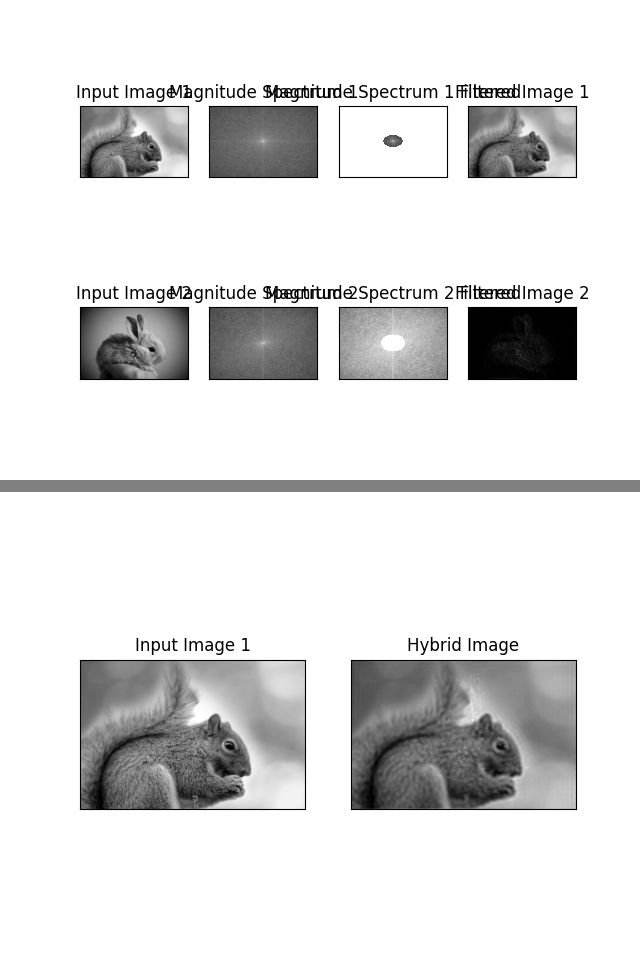
Repository: Yuer-yuan/CV
Script's output: python lab1-hybrid-image/gui/fft.py
These files come from the project's save history. The script's output is drawn as it stood at one moment and after the next save; the edit follows.
Each picture stacks the figures in order, with grey between them; figures that are only written to a file come last. Random numbers start from a fixed seed. It also reads lab1-hybrid-image/gui/res/bunny1.png, lab1-hybrid-image/gui/res/squirrel1.png.

Above is the script's output before, as saved 2023-03-25 19:25:18.

After the next save:
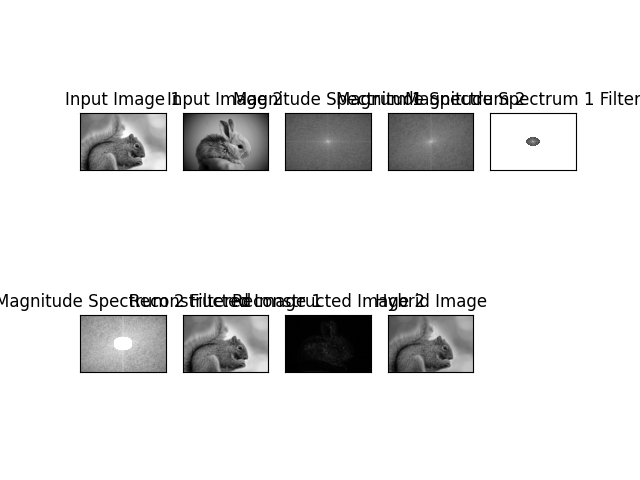
Saved 2 min 51 s later.
--- a/lab1-hybrid-image/gui/fft.py
+++ b/lab1-hybrid-image/gui/fft.py
@@ -79,26 +79,22 @@ if __name__ == '__main__':
     hybrid = np.abs(ifft1) + np.abs(ifft2)
 
     # Plot the results.
-    plt.subplot(241),plt.imshow(img1, cmap = 'gray')
+    plt.subplot(251), plt.imshow(img1, cmap='gray')
     plt.title('Input Image 1'), plt.xticks([]), plt.yticks([])
-    plt.subplot(242),plt.imshow(magnitude_spectrum1, cmap = 'gray')
+    plt.subplot(252), plt.imshow(img2, cmap='gray')
+    plt.title('Input Image 2'), plt.xticks([]), plt.yticks([])
+    plt.subplot(253), plt.imshow(magnitude_spectrum1, cmap='gray')
     plt.title('Magnitude Spectrum 1'), plt.xticks([]), plt.yticks([])
-    plt.subplot(243),plt.imshow(magnitude_spectrum1_filtered, cmap = 'gray')
+    plt.subplot(254), plt.imshow(magnitude_spectrum2, cmap='gray')
+    plt.title('Magnitude Spectrum 2'), plt.xticks([]), plt.yticks([])
+    plt.subplot(255), plt.imshow(magnitude_spectrum1_filtered, cmap='gray')
     plt.title('Magnitude Spectrum 1 Filtered'), plt.xticks([]), plt.yticks([])
-    plt.subplot(244),plt.imshow(np.abs(ifft1), cmap = 'gray')
-    plt.title('Filtered Image 1'), plt.xticks([]), plt.yticks([])
-    plt.subplot(245),plt.imshow(img2, cmap = 'gray')
-    plt.title('Input Image 2'), plt.xticks([]), plt.yticks([])
-    plt.subplot(246),plt.imshow(magnitude_spectrum2, cmap = 'gray')
-    plt.title('Magnitude Spectrum 2'), plt.xticks([]), plt.yticks([])
-    plt.subplot(247),plt.imshow(magnitude_spectrum2_filtered, cmap = 'gray')
+    plt.subplot(256), plt.imshow(magnitude_spectrum2_filtered, cmap='gray')
     plt.title('Magnitude Spectrum 2 Filtered'), plt.xticks([]), plt.yticks([])
-    plt.subplot(248),plt.imshow(np.abs(ifft2), cmap = 'gray')
-    plt.title('Filtered Image 2'), plt.xticks([]), plt.yticks([])
-    plt.show()
-
-    plt.subplot(121),plt.imshow(img1, cmap = 'gray')
-    plt.title('Input Image 1'), plt.xticks([]), plt.yticks([])
-    plt.subplot(122),plt.imshow(hybrid, cmap = 'gray')
+    plt.subplot(257), plt.imshow(np.abs(ifft1), cmap='gray')
+    plt.title('Reconstructed Image 1'), plt.xticks([]), plt.yticks([])
+    plt.subplot(258), plt.imshow(np.abs(ifft2), cmap='gray')
+    plt.title('Reconstructed Image 2'), plt.xticks([]), plt.yticks([])
+    plt.subplot(259), plt.imshow(hybrid, cmap='gray')
     plt.title('Hybrid Image'), plt.xticks([]), plt.yticks([])
     plt.show()
